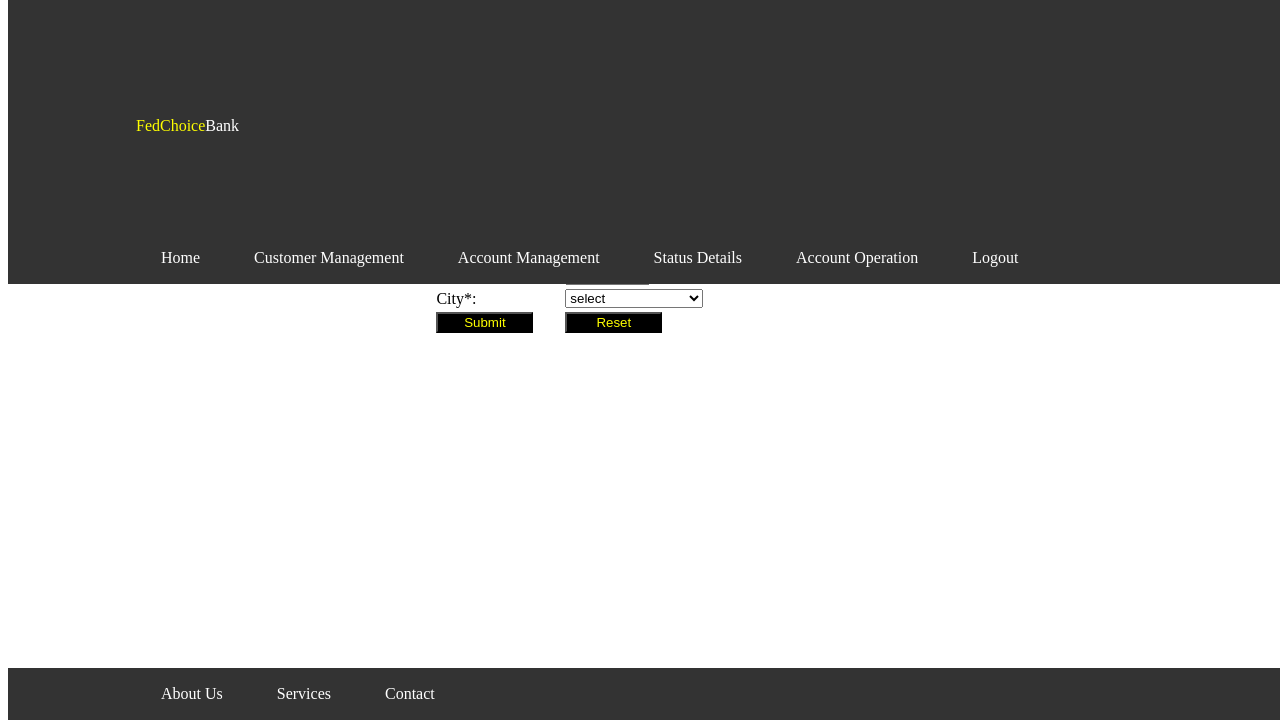
Repository: gopikavinod/RBM
Page: http://localhost/Retail_Bank_Management/userLogged.jsp
An editor plug-in stored every save of this project. The page is shown before and after the next save, followed by the edit.
The browser window is 1280 px wide. The pictures show the whole page.
The page is served by Tomcat 9.

Above is the page before, as saved 2020-06-15 06:35:34.

After the next save:
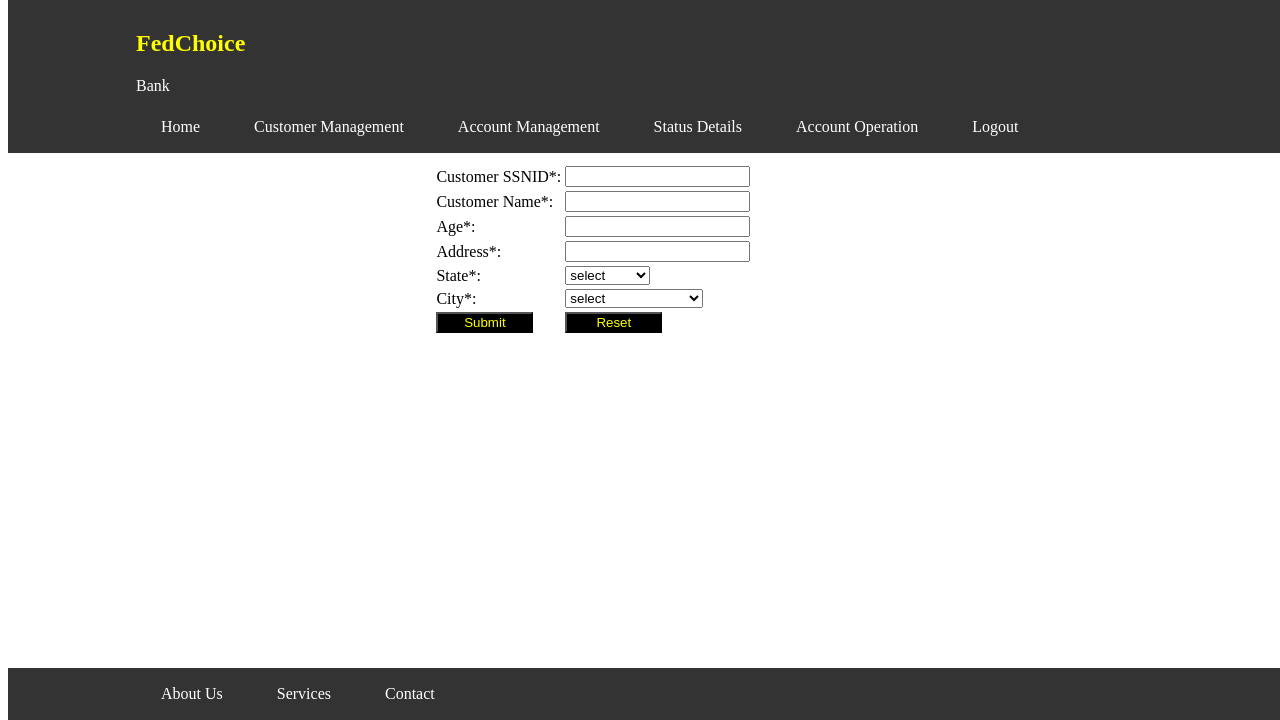
Saved 4 h 14 min later.
--- a/eclipse-workspace/Retail Bank Management/WebContent/userLogged.jsp
+++ b/eclipse-workspace/Retail Bank Management/WebContent/userLogged.jsp
@@ -51,7 +51,7 @@
     .container p{
         line-height: 200px; /* Create scrollbar to test positioning */
     }
-    p.detail
+    h1.detail
     {
     color:yellow;
     }
@@ -64,7 +64,7 @@
     <div class="fixed-header">
         <div class="container">
             <nav>
-            <p class="detail">FedChoice<span class="name">Bank</span></p>
+            <h1 class="detail">FedChoice</h1><span class="name">Bank</span></p>
                 <a href="#">Home</a>
                 <a href="#">Customer Management</a>
                 <a href="#">Account Management</a>

After the 2 saves that followed:
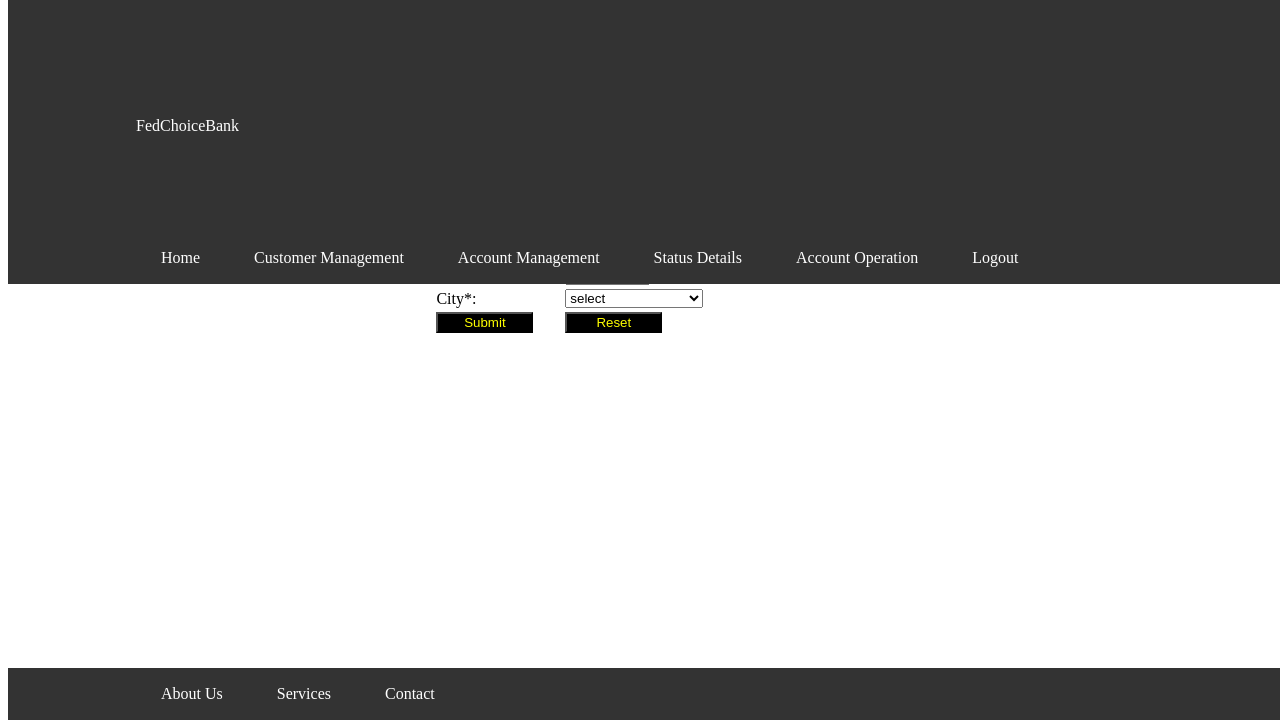
The 2 saves are shown as one change because 1 left the picture as it was.
The last was saved 86 s later.
--- a/eclipse-workspace/Retail Bank Management/WebContent/userLogged.jsp
+++ b/eclipse-workspace/Retail Bank Management/WebContent/userLogged.jsp
@@ -64,7 +64,7 @@
     <div class="fixed-header">
         <div class="container">
             <nav>
-            <h1 class="detail">FedChoice</h1><span class="name">Bank</span></p>
+          <p class="detail">FedChoice<span class="name">Bank</span></p>
                 <a href="#">Home</a>
                 <a href="#">Customer Management</a>
                 <a href="#">Account Management</a>
